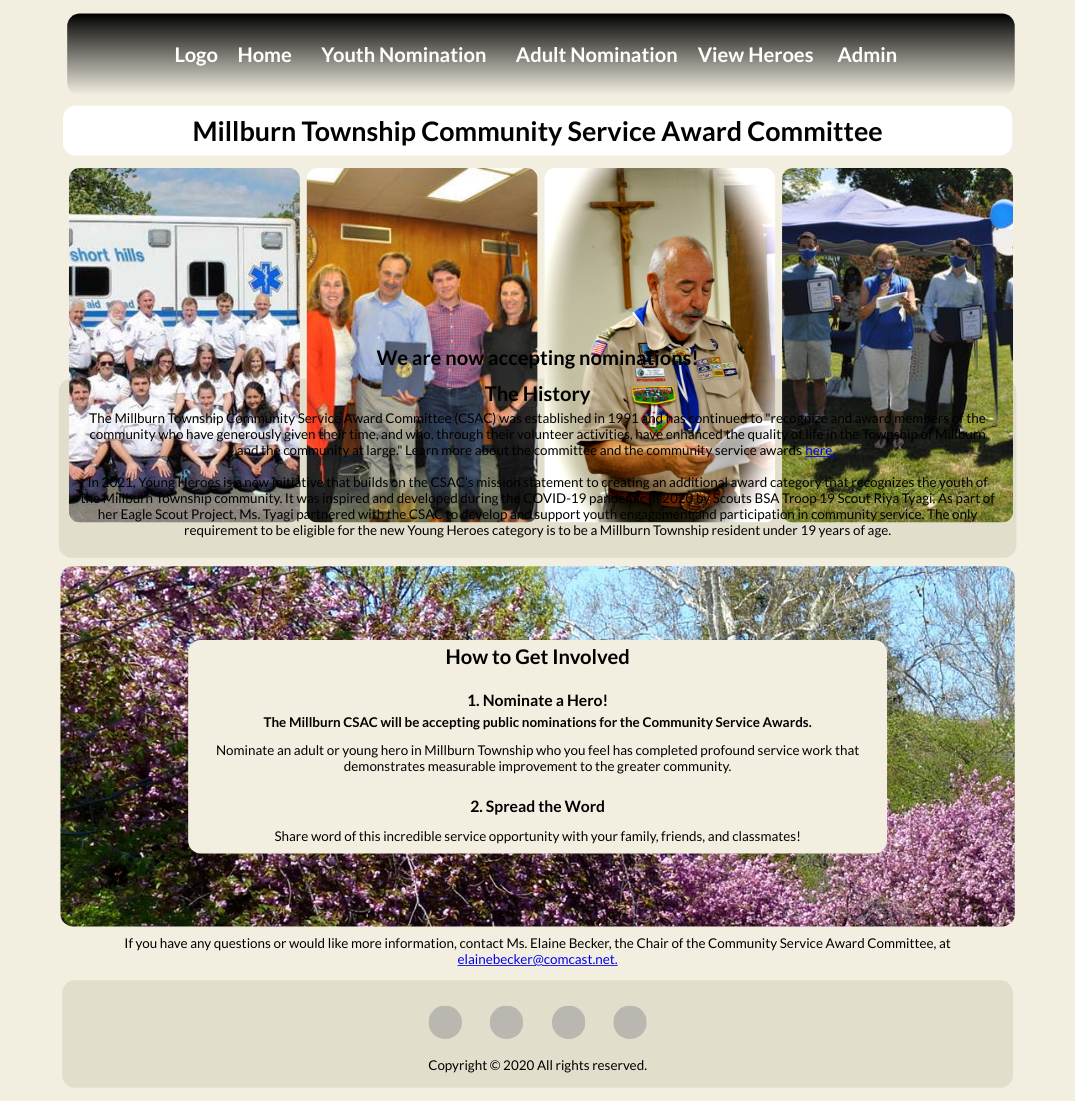
Repository: Centrattic/Young-Heroes-Website
Page: http://localhost/Frontend/home.php
The author's editor kept a copy of each file at every save. The page is drawn from the files as they stood at one save, then again after the next save.
The browser window is 1280 px wide. The pictures show the whole page, at 84% of full size.
Pictures or frames that could not be fetched are drawn as grey boxes. The page is run by PHP 8.4 with error messages shown; the project is at /var/www/html/.

Above is the page before, as saved 2020-12-09 15:50:16.

### Eagle Project/Frontend/home.php
<?php
require '../Backend/functions.php';
require '../Backend/dbhconnect.php';
?>

<html>
  <head>
    <link href="https://fonts.googleapis.com/css2?family=Lato:ital,wght@0,400;0,700;1,300;1,400&display=swap" rel="stylesheet">
    <link href="../CSS/home.css" rel="stylesheet" type="text/css" />

    <link rel = "stylesheet" href = "../CSS/navbar.css">
  </head>

  <body>


  <?php
      navbar();
    ?>

    <!--<h4> This website is affiliated with the Millburn Township Community Service Award Committee. </h4> -->
    <!--Banner/Header : history of CSAC , Ok describe that on website ::: incorporate thios is new initative but builds on previous initiative, came up on time of COVID, instead of "THE IMPORTANCE OF RECOGNIING YOUTH VOLUNTEERS -->
    <!-- Delete Mission Statement - JUst describe CSAC Iniative  ======================= OUR HISTORY, with the onset of COVID -- do this....

    Community Service Award OverView and Now YOUNG HEROES

    ALL NEEDED IS TO BE A MILLBURN TOWNSHIP RESIDENTs-->

    <h1 id = "homepagetitle"> Millburn Township Community Service Award Committee </h1>

    <div id = "homepicgrid">
      <div>
        <img src = "../Images/itsquad.jpg">
      </div>
      <div>
        <img src = "../Images/millburncsac.jpg">
      </div>
      <div>
        <img src = "../Images/fineran.jpg">
      </div>
      <div>
        <img src = "../Images/millburnhome.jpg">
      </div>
    </div>




    <h2> We are now accepting nominations!</h2>

    <!--<div id = "hometextgrid">
      <div>
        <h2> The Importance of Recognizing Youth Volunteers </h2>
        <p>Today’s youth are taking charge of environmental and social reforms,
          and they deserve credit and appreciation where it’s due. Up to 55% of youth
          actively participate in service, be it through school or other organizations, but they
          have gone severely underrepresented of late. By commending their efforts, more youth will be
          inspired to volunteer their time towards the community and the nation as a whole. Youth Service
          America reminds us that adolescent brains in particular offer creative solutions to problems,
          unaffected and unaware to the nonanswers common of some, older brains. They provide fresh outlooks
          and ideas that would otherwise go unthought of. Youth service is mutually beneficial to both the
          community and the youth in question; it has also been shown to improve success in the workforce
          and academics in later life with early leadership foundations, as well as fostering positive
          development traits and cosmopolitan mindsets. Some youth lack the incentive -the drive- to
          go out and make a difference, which is why it is vital for them to have an outlet of support and recognition.  </p>
      </div>
      <div>
        <h2> Our Mission Statement </h2>
        <p> The mission of the Young Heroes is to recognize Millburn/Short Hills youth for their contributions,
          to promote community service and good citizenship, to positively impact the community, and to
          give hope and inspiration to others, especially during difficult times such as COVID-19.
          This will be accomplished through a nomination process, verification, parental approval, and
          a final posting to the Millburn Township Young Heroes webpage. The posts will summarize the Young hero’s work
           and qualify them for an annual award given to the two heroes (and runners-ups) who demonstrate the most profound
          service and dedication to the Township, specific cause, and/or the community as a whole.
        </p>
      </div>
    </div>

    and who, through their volunteer activities, have enhanced the quality of life in the Township of Millburn
        and the community at large.”

        who acknowledged the impact of the service work many youth had done to help alleviate
        the effects of the pandemic.

    -->

    <div id = "CSAChistory">
      <h2> The History </h2>
      <p> The Millburn Township Community Service Award Committee (CSAC) was established in 1991 and has continued to "recognize and award members of the community who have
        generously given their time, and who, through their volunteer activities, have enhanced the quality of life in the Township of Millburn and the community at large."
        Learn more about the committee and the community service awards<a href = "https://twp.millburn.nj.us/188/Community-Service-Award-Committee">here.</a>
        <br> <br>In 2021, Young Heroes is a new initiative that builds on the CSAC’s mission statement to creating an additional award category that recognizes the youth of the Millburn Township community.
         It was inspired and developed during the COVID-19 pandemic in 2020 by Scouts BSA Troop 19 Scout Riya Tyagi. As part of her Eagle Scout Project, Ms. Tyagi partnered with the CSAC to develop and support
          youth engagement and participation in community service. The only requirement to be eligible for the new Young Heroes category is to be a Millburn Township resident under 19 years of age.
      </p>
    </div>

    <div id = "getinvolved">
          <div id = "nominateahero">
            <h2> How to Get Involved</h2>
            <br>
              <h3> 1. Nominate a Hero!</h3>
              <h4> The Millburn CSAC will be accepting public nominations for the Community Service Awards.</h4>
                <p> Nominate an adult or young hero in Millburn Township who you feel has completed profound service work that demonstrates measurable improvement to the greater community. <br><p>
               <h3>  2. Spread the Word </h3> <p>Share word of this incredible service opportunity with your family, friends, and classmates!</p>
               <!--<h3> 3. <a href = "https://forms.gle/pbJxUtVEzWF9bCSh6"> Volunteer </a></h3>  <p> Millburn Township Young Heroes is an Eagle Scout Project by Riya Tyagi of Troop 19. Volunteer to help her out! </p> -->
               <!-- <h3> 4.<a href = "https://gf.me/u/y3cpyf">Donate</a> </h3> <p> Donate to recognize heroes and their causes. We are very grateful for all donations. All money received will be used to purchase bronze
                  plaques to recognize winners of the awards and to handle the costs of advertising and creating a website. Any extra funds will be donated to the CSAC for future use.</li>
                </p>  -- Put this in explanation of Project --- part of narrative, footer  NICE

                Any youth nominee will also
                become a member of the inaugural class of Youth Heroes award winners.
                                The committee will be accepting nominations at all times of the year.-->
            </div>
    </div>

      <!--<div id = "impact">
        <h2> Our Impact</h2>
        <h3> ____ Youth Heroes Recognized </h3>
        <h3> ____ Adult Heroes Recognized </h3>
        <h3> ____ Awards Given</h3>
      </div>-->

    <h4 style = "width: 80%; margin: 0 auto;"> </h4>

    <p> If you have any questions or would like more information, contact Ms. Elaine Becker, the Chair of the Community Service Award Committee, at <a href = "mailto:elainebecker@comcast.net"> elainebecker@comcast.net.</a></p>

    <div id = "socialmedia">
        <footer id="colophon" class="site-footer" role="contentinfo">
      <div class="social-wrapper">
        <ul>
          <li>
            <a href="#" target="_blank">
              <img src="https://cdn1.iconfinder.com/data/icons/logotypes/32/twitter-128.png" alt="Twitter Logo" class="twitter-icon"></a>
          </li>
          <li>
            <a href="#" target="_blank">
              <img src="https://www.mchenryvillage.com/images/instagram-icon.png" alt="Instagram Logo" class="instagram-icon"></a>
          </li>
          <li>
            <a href="#" target="_blank">
              <img src="https://content.linkedin.com/content/dam/me/business/en-us/amp/brand-site/v2/bg/LI-Bug.svg.original.svg" alt="Linkedin Logo" class="linkedin-icon"></a>
          </li>
          <li>
            <a href="#" target="_blank">
              <img src="http://www.iconarchive.com/download/i54037/danleech/simple/facebook.ico" alt="Facebook Logo" class="facebook-icon"></a>
          </li>

        </ul>
      </div>

      <nav class="footer-nav" role="navigation">
        <p>Copyright &copy;
          <?php echo date("Y"); ?> All rights reserved.</p>
      </nav>
    </footer>
    <!-- #colophon -->
    </div>





</body>
</html>

### Eagle Project/Backend/dbhconnect.php
<?php
  $servername = "localhost";
  $dbUsername = "root";
  $dbPassword = "";
  $dbName = "young_heroes";

  //connecting to database
  $connection = new mysqli($servername, $dbUsername, $dbPassword, $dbName);

  //error message if connection fails
  if(!$connection){
    die("Connection failed: ".mysqli_connect_error());
  }
?>

### Eagle Project/CSS/home.css
* {
    text-align: center;
    padding: 2px;
    margin: 2px;
    font-family: 'Lato', sans-serif;
    border-radius: 15px;

}

body {
    background-color: #F2EFE1;

}

#homepicgrid {
    display: grid;
    width: auto;
    height: 30%;

    grid-template-columns: auto auto auto auto;
    grid-template-rows: auto;
}

#homepicgrid img {
    height: 100%;
    object-fit: cover;
    width: 100%;
}


#homepagetitle {
    font-size: 2em;
    width: auto;
    background-color: white;
    padding: 10px;
    margin: 5px;
}



#hometextgrid {
    display: grid;
    width: auto;
    margin: 0 auto;
    grid-template-columns: auto auto auto;
    grid-template-rows: auto auto;
}

#hometextgrid div {
    background-color: #E2DECC;
    padding: 20px;
}


#CSAChistory {
    background-color: #E2DECC;
    padding: 20px;
    padding-top: 0;
    margin: 10px 0;
}
#impact {
    background-color: white;
    width: 35%;
    margin: 2% auto;
    border: 10px solid transparent;
    border-image: url("../Images/borderhome.jpg") 30 round !important;
}

#impact h3 {
    margin: 15%;
}


#getinvolved {
    background-image: url("../Images/millburnblossoms.jpg");
    height: 60%;
    display: flex;
    align-items: center;
    justify-content: center;
}

#nominateahero {
    width: 70%;
    padding: 0 20px;
    background-color:  #F2EFE1;
}

#getinvolved p {
    margin: 10px;
}

button {
    font-size: 1em;
}



.site-footer {
    background-color: #E2DECC;
      text-align: center;
      margin: 10px 0;
      padding: 10px 0;
  }

  #social-wrapper {
      text-align: center;
  }

  /*Social Media Icons*/
  .social-wrapper {
      text-align: center;
  }

  .social-wrapper ul li {
      display: inline;
      margin: 0 5px;
  }

  .twitter-icon,
  .facebook-icon,
  .instagram-icon,
  .linkedin-icon,
  .googleplus-icon,
  .youtube-icon,
  .foursquare-icon{
      margin-top: .625em;
      width: 40px;
      height: 40px;
      opacity: .6;
      filter: alpha(opacity=60); /* For IE8 and earlier */
    border-radius: 25px;
  }

  .twitter-icon:hover,
  .facebook-icon:hover,
  .instagram-icon:hover,
  .linkedin-icon:hover,
  .googleplus-icon:hover,
  .youtube-icon:hover,
  .foursquare-icon:hover {
      opacity: 1.0;
      filter: alpha(opacity=100); /* For IE8 and earlier */
  }

  .footer-nav p {
      text-align: center;
  }

### Eagle Project/CSS/navbar.css
* {
    text-align: center;
    font-family: 'Lato', sans-serif;
}

body {
    background-color: #F2EFE1;
}


.menu-area li{
    display: inline;
    color: white;
    font-weight: bold;
    font-size: 1.5em;
    padding-bottom: 10px;
}

.menu-area .non-dropdown a{
    display: inline-block;
    padding: 30px 10px;
    text-decoration: none;
    color: white;
    box-sizing: border-box;

}

.menu-area .nav-dropdown .dropdown-content li a{
    display: inline-block;
    text-align: center;
    padding: 14px 16px;
    text-decoration: none;
}

.menu-area {
    width: 100%;
    background-image: linear-gradient(black, #F2EFE1);
    overflow: hidden;
    border-radius: 15px;
}

.menu-area .non-dropdown:hover{
    border-radius: 0px;
    border-bottom: 10px solid aliceblue;

}

.menu-area li a {
    box-sizing: border-box;
}

.nav-dropbtn {
    text-decoration: none;
    color: white;
}

/*FIX THIS LATER*/


#logout {
    all: unset;
}

body {
    margin: 0 5%;
}

/* ------------------*/



li.nav-dropdown {
    display: inline-block;
}

.dropdown-content {
    display: none;
    position: absolute;
    background-color: #f9f9f9;
    min-width: 150px;
    box-shadow: 0px 8px 16px 0px rgba(0,0,0,0.2);
    z-index: 1;

}

.dropdown-content a {
    color: black;
    padding: 12px 16px;
    text-decoration: none;
    display: block;
    font-size: .9em;
    text-align: left;
}


.dropdown-content a:hover {
    background-color: #f1f1f1;
}


.nav-dropdown:hover .dropdown-content {
    display: block;
    border-radius: 0px;
}

Loaded but not shown: Eagle Project/Backend/functions.php (995 lines, source omitted)

After the next save:
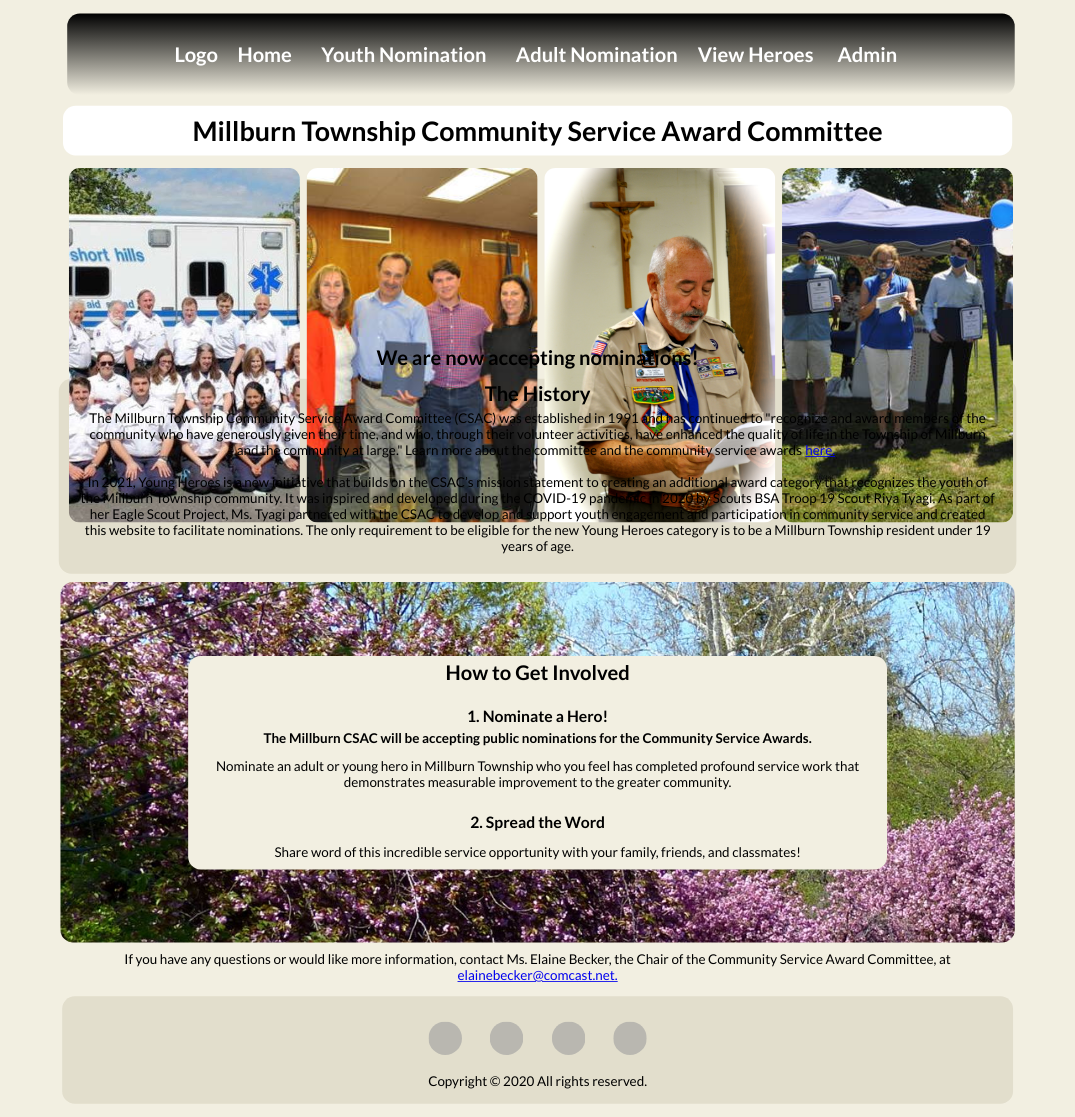
Saved 55 s later.
--- a/Eagle Project/Frontend/home.php
+++ b/Eagle Project/Frontend/home.php
@@ -92,7 +92,7 @@ require '../Backend/dbhconnect.php';
         Learn more about the committee and the community service awards<a href = "https://twp.millburn.nj.us/188/Community-Service-Award-Committee">here.</a>
         <br> <br>In 2021, Young Heroes is a new initiative that builds on the CSAC’s mission statement to creating an additional award category that recognizes the youth of the Millburn Township community.
          It was inspired and developed during the COVID-19 pandemic in 2020 by Scouts BSA Troop 19 Scout Riya Tyagi. As part of her Eagle Scout Project, Ms. Tyagi partnered with the CSAC to develop and support
-          youth engagement and participation in community service. The only requirement to be eligible for the new Young Heroes category is to be a Millburn Township resident under 19 years of age.
+          youth engagement and participation in community service and created this website to facilitate nominations. The only requirement to be eligible for the new Young Heroes category is to be a Millburn Township resident under 19 years of age.
       </p>
     </div>
 
